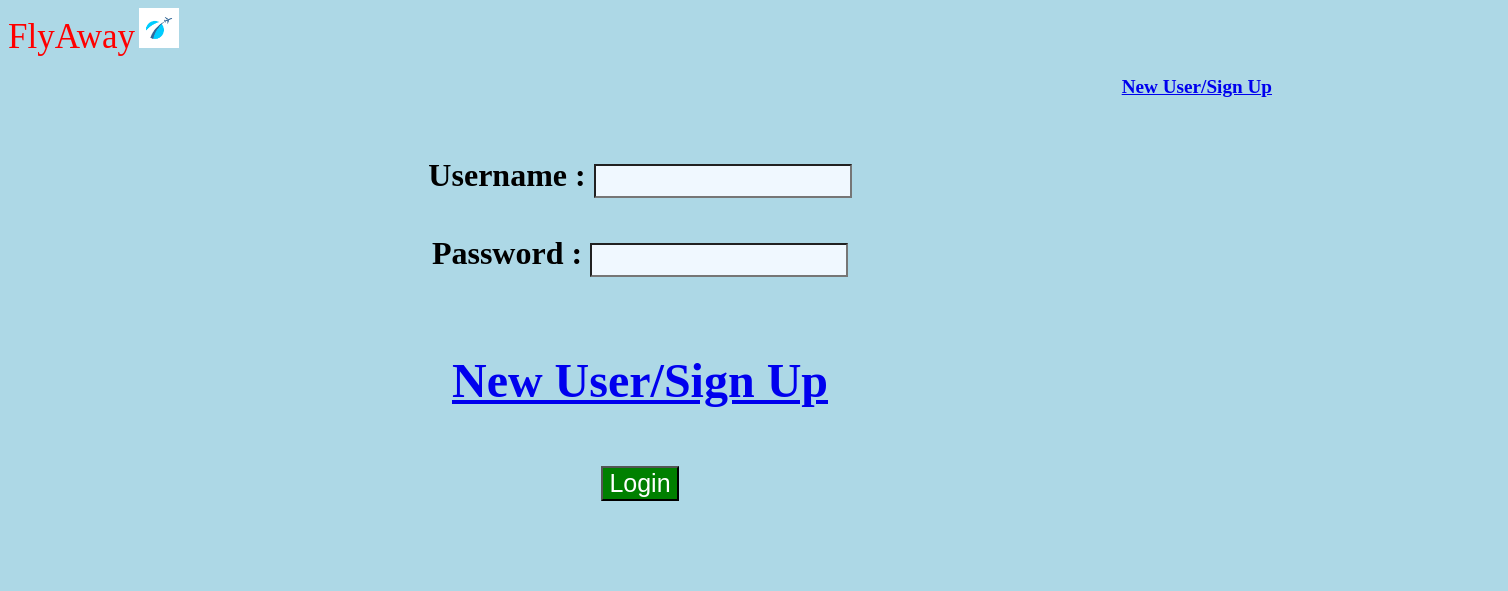
Repository: KanimozhiThandapani/Phase2AirlineBookingProject
Page: http://localhost/AirlineBooking/
The author's editor kept a copy of each file at every save. The page is drawn from the files as they stood at one save, then again after the next save.
The browser window is 1280 px wide. The page is 1508 px wide, so the pictures cover 1508 px, including what lies to the right of the window. The pictures show the part of the page from y = 0 to 591 px (the page is 977 px tall before and 969 px after).
Pictures or frames that could not be fetched are drawn as grey boxes. The page is served by Tomcat 9. Other server files are loaded and not shown.

Above is the page before, as saved 2022-04-24 16:51:55.

### AirlineBooking/WebContent/login.jsp
<!DOCTYPE html>
<html>
<head>
<meta charset="ISO-8859-1">
<title>:: Login ::</title>
<style>
h {
  font-size: 35px;
  color: red;
  font-family: 'Brush Script MT', cursive;
}

h3 {
  text-align: right;
  font-size: 1.2em;
  color: black;
}

h3 {
  text-align: right;
  font-size: 1.2em;
  color: green;
}
</style>
</head>
<body style="background-color:lightblue;">


   <h>FlyAway</h>
   <img src="airline.jpg" alt="Lamp" width="40" height="40">
   <h3>
   <a href="https://www.w3schools.com/">New User/Sign Up</a>
   </h3>
    <h1>
   </br>
   <div align="center">
   <form action="login" method="POST">
    <label>Username : </label>
    <input type="text" name="username" style="width:250px;height: 28px;background: aliceblue;" required="required"> <br> <br>

    <label>Password : </label>
    <input type="password" name="password" style="width:250px;height: 28px;background: aliceblue;" required="required"> <br> <br>
    <h2>
    <a href="https://www.w3schools.com/">New User/Sign Up</a>
    <h2>

    <input type="submit" value="Login" style="font-size: 25px;background: green;color: #FFF;"><br> <br>
   </form>
 </h1>
 </div>
 <img src="flight.gif" alt="Lamp" width="1500" height="350">
</body>
</html>

After the next save:
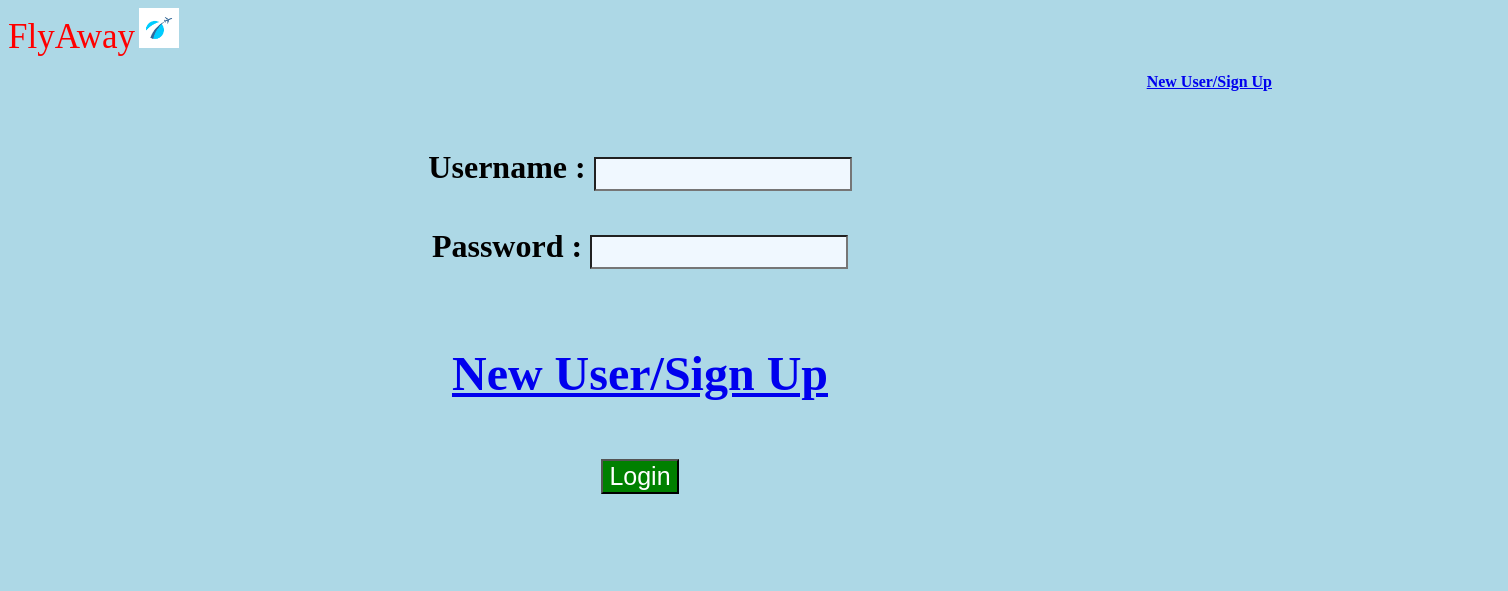
Saved 21 s later.
--- a/AirlineBooking/WebContent/login.jsp
+++ b/AirlineBooking/WebContent/login.jsp
@@ -18,7 +18,7 @@ h3 {
 
 h3 {
   text-align: right;
-  font-size: 1.2em;
+  font-size: 1em;
   color: green;
 }
 </style>
